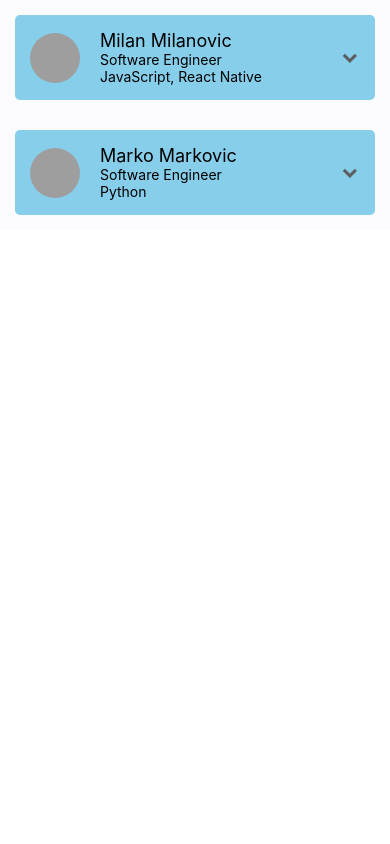
Repository: likanbl/intern-feature
Screen: /
These files come from the project's save history. The screen is drawn as it stood at one moment and after the next save; the edit follows.
Pictures or frames that could not be fetched are drawn as grey boxes. The app was drawn by React Native's web renderer in a window 390 px wide. The project was rebuilt for these pictures with package versions that can differ from the ones it lists, and the page was loaded fresh each time.

Above is the screen before, as saved 2019-09-16 10:05:57.

### App.js
/**
 * Sample React Native App
 * https://github.com/facebook/react-native
 *
 * @format
 * @flow
 */

import React, {Component} from 'react';

import Home from './src/components/home/Home';

export default class App extends Component {
  render() {
    return <Home></Home>;
  }
}

### src/components/home/Home.js
import React, {Component} from 'react';
import {View, FlatList, Text, StyleSheet} from 'react-native';
import {Card} from 'react-native-elements';
import {HomeItem} from './HomeItem';

const Data = [
  {
    Name: 'Milan Milanovic',
    role: 'Software Engineer',
    skills: 'JavaScript, React Native',
    additionalInfo: 'Milan Milanovic description',
  },
  {
    Name: 'Marko Markovic',
    role: 'Software Engineer',
    skills: 'Python',
    additionalInfo: 'Marko Markovic description',
  },
];
export default class Home extends Component {
  renderItem = ({item}) => <HomeItem item={item} />;

  render() {
    return (
      <View>
        <FlatList
          data={Data}
          renderItem={this.renderItem}
          keyExtractor={Data.id}
        />
      </View>
    );
  }
}

### src/components/home/HomeItem.js
import React, {Component} from 'react';
import {
  View,
  Text,
  Image,
  TouchableWithoutFeedback,
  StyleSheet,
} from 'react-native';
import PropTypes from 'prop-types';
import {images} from '../../assets/images';
import {Avatar} from 'react-native-elements';
import styles from './styles';

const propTypes = {
  item: PropTypes.object,
};

class HomeItem extends Component {
  state = {
    isSelected: false,
  };

  onPress = () => {
    this.setState((prevState, prevProps) => ({
      isSelected: !prevState.isSelected,
    }));
  };

  renderDetails = () => (
    <View style={styles.titleContainer}>
      <Text style={styles.description}>{this.props.item.additionalInfo}</Text>
    </View>
  );

  render() {
    const {isSelected} = this.state;
    return (
      <View style={styles.cardView}>
        <View style={styles.cardContainer}>
          <TouchableWithoutFeedback onPress={this.onPress}>
            <View style={styles.titleContainer}>
              <View>
                <Avatar
                  size="medium"
                  rounded
                  source={{
                    uri:
                      'https://s3.amazonaws.com/uifaces/faces/twitter/ladylexy/128.jpg',
                  }}
                />
              </View>
              <View style={styles.nameRole}>
                <Text style={styles.title}>{this.props.item.Name}</Text>
                <Text style={styles.role}>{this.props.item.role}</Text>
                <Text style={styles.role}>{this.props.item.skills}</Text>
              </View>
              <Image
                source={isSelected ? images.close : images.expand}
                style={styles.image}
              />
            </View>
          </TouchableWithoutFeedback>
          {isSelected && this.renderDetails()}
        </View>
      </View>
    );
  }
}
HomeItem.propTypes = propTypes;

export {HomeItem};

### src/assets/images.js
export const images = {
  expand: require('../../resources/expand.png'),
  close: require('../../resources/close.png'),
};

### src/components/home/styles.js
import {StyleSheet} from 'react-native';

export default StyleSheet.create({
  cardView: {
    flex: 1,
    padding: 15,
    backgroundColor: '#FCFCFF',
  },
  cardContainer: {
    flex: 1,
    flexDirection: 'column',
    elevation: 1,
    borderRadius: 5,
    backfaceVisibility: 'hidden',
    backgroundColor: 'skyblue',

    padding: 15,
  },
  avatarContainer: {
    flex: 1,
    alignItems: 'flex-start',
    justifyContent: 'center',
  },
  nameRole: {
    flex: 2,
    alignItems: 'flex-start',
    justifyContent: 'center',
    marginLeft: 20,
  },

  titleContainer: {
    flexDirection: 'row',
    justifyContent: 'space-around',
    alignItems: 'center',
  },
  title: {
    flex: 1,
    fontSize: 18,
  },
  role: {
    flex: 1,
    fontSize: 14,
  },
  description: {
    flex: 1,
    fontSize: 22,
    color: 'gray',
    paddingTop: 10,
  },
  image: {
    width: 20,
    height: 20,
  },
});

After the next save:
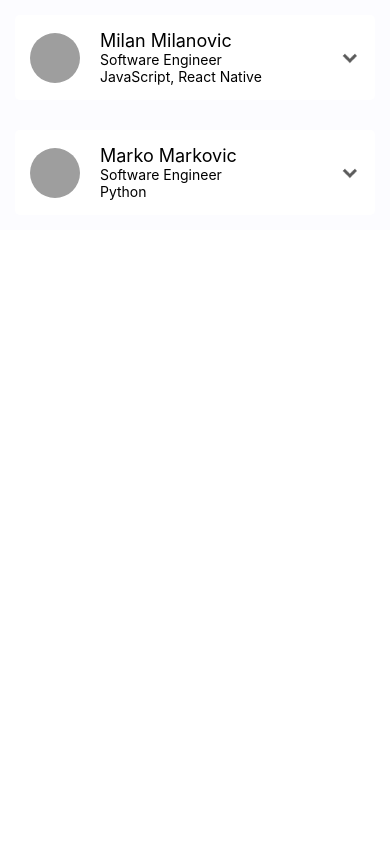
Saved 1 s later.
--- a/src/components/home/styles.js
+++ b/src/components/home/styles.js
@@ -12,7 +12,7 @@ export default StyleSheet.create({
     elevation: 1,
     borderRadius: 5,
     backfaceVisibility: 'hidden',
-    backgroundColor: 'skyblue',
+    backgroundColor: 'white',
 
     padding: 15,
   },
